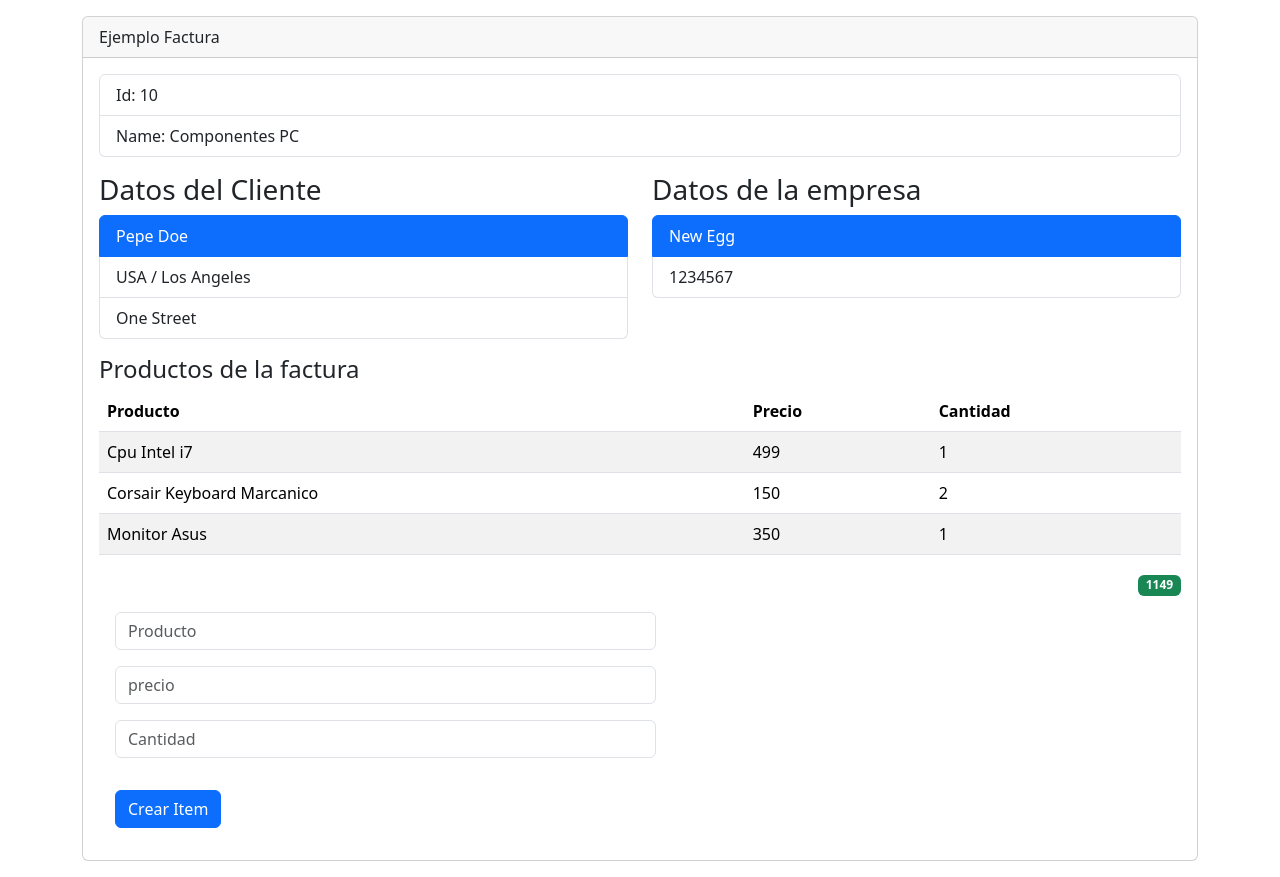
Repository: bryanesteban/4-invoice-app
Page: /
These files come from the project's save history. The page is drawn as it stood at one moment and after the next save; the edit follows.
The browser window is 1280 px wide. The pictures show the whole page.
The project was rebuilt for these pictures with package versions that can differ from the ones it lists, and the page was loaded fresh each time. Also part of the build but not shown: vite.config.js.

Above is the page before, as saved 2023-11-24 19:50:48.

### index.html
<!doctype html>
<html lang="en">
  <head>
    <meta charset="UTF-8" />
    <link rel="icon" type="image/svg+xml" href="/vite.svg" />
    <link href="https://cdn.jsdelivr.net/npm/bootstrap@5.3.2/dist/css/bootstrap.min.css" rel="stylesheet" integrity="sha384-T3c6CoIi6uLrA9TneNEoa7RxnatzjcDSCmG1MXxSR1GAsXEV/Dwwykc2MPK8M2HN" crossorigin="anonymous">
    <meta name="viewport" content="width=device-width, initial-scale=1.0" />
    <title>Vite + React</title>
  </head>
  <body>
    <div id="root"></div>
    <script type="module" src="/src/main.jsx"></script>
  </body>
</html>

### src/main.jsx
import React from 'react'
import ReactDOM from 'react-dom/client'
import { InvoiceApp } from './InvoiceApp'


ReactDOM.createRoot(document.getElementById('root')).render(
  <React.StrictMode>
    <InvoiceApp />
  </React.StrictMode>,
)

### src/InvoiceApp.jsx
import { getInvoice, calculateTotal } from "./services/getInvoice"
import { ClientView } from "./components/ClientView";
import { CompanyView } from "./components/CompanyView";
import { InvoiceView } from "./components/InvoiceView";
import { ListItemsView } from "./components/ListItemsView";
import { TotalView } from "./components/totalView";
import { useEffect, useState } from "react";

const invoiceInitial = {
    id: 10,
    name: '',
    client:{
        name:'',
        lastname:'',
        address:{
            country:'',
            city: '',
            street:' ',
            numeber:0
        }
    },
        company:{
            name:'',
            fiscalNumber: 0,
        },
        items: []
}

export const InvoiceApp = () =>{

    const [total, setTotal] = useState(0);

    const [counter, setCounter] = useState(4);

    const [invoice, setInvoice] = useState(invoiceInitial);

    const [items, setItems] = useState([]);

    const [formItemsState, setformItemsState] = useState({
        product: '',
        price: '',
        quantity: '',
    });

    const {id, name, client, company} = invoice;

    const {product, price, quantity} = formItemsState;

    useEffect(() => {
        const data = getInvoice();
        console.log(invoice);
        setInvoice(data);
        setItems(data.items);

    }, []);


    useEffect( () => {
        //console.log('El precio cambio!');

    }, [price]);


    useEffect( () => {
        //console.log('El formItemsState cambio!');

    }, [formItemsState]);

    useEffect( () => {
        //console.log('El counter cambio!');

    }, [counter]);

    useEffect( () => {

        setTotal(calculateTotal(items));
        //console.log('El items cambio!');

    }, [items]);


    const onInputChange = ({ target: {name, value} }) => {
        setformItemsState({
            ...formItemsState,
            [ name ]: value
        });
        //console.log(value);
        //console.log(name);
    }



    const onInvoiceItemsSubmit = (event) => {
        event.preventDefault();
        if(product.trim().length <= 1) return;

        if(price.trim().length < 1 || isNaN(price.trim())){
            alert('Error el precio no es un numero');
            return;
         }
        if(quantity.trim().length < 1 || isNaN(quantity.trim())){
           alert('Error la cantidad no es un numero');
           return;
        }
        setItems([...items, { id: counter,
                              product: product.trim(),
                              price: +price.trim(),
                              quantity: parseInt(quantity.trim(), 10)}]);

        setformItemsState({
            product: '',
            price: '',
            quantity: '',
        })
        setCounter(counter + 1);
    }

    return(
       <>
        <div className="container">

            <div className="card my-3" >

                <div className= "card-header">

                    Ejemplo Factura
                </div>

                <div className="card-body">
                       <InvoiceView id= {id} name ={name}/>
                    <div className="row my-3">
                        <div className="col">
                           <ClientView title= "Datos del Cliente" client = {client} />
                        </div>
                        <div className="col">
                           <CompanyView title= "Datos de la empresa" company ={company} />
                        </div>
                    </div>
                    <ListItemsView title="Productos de la factura" items={items} />
                    <TotalView total={total}></TotalView>
                    <form className="w-50" onSubmit={ event => onInvoiceItemsSubmit(event) }>
                        <input type="text"
                               name="product"
                               value={ product}
                               placeholder="Producto"
                               className="form-control m-3"
                               onChange={ onInputChange }/>

                        <input type="text"
                               name="price"
                               value={price}
                               placeholder="precio"
                               className="form-control m-3"
                               onChange={ event => onInputChange(event) }/>

                        <input type="text"
                               name="quantity"
                               value={quantity}
                               placeholder="Cantidad"
                               className="form-control m-3"
                               onChange={ onInputChange }/>

                        <button type ="submit"
                                className="btn btn-primary m-3">
                                Crear Item
                        </button>
                    </form>
                </div>
            </div>
        </div>

       </>
    )
}

### src/services/getInvoice.js
import { invoice } from "../data/invoice"

export const getInvoice = () => {

    //console.log(invoice);

    /*let total = 0;
    invoice.items.forEach( items =>{
        total =total + items.price * items.quantity;

    });*/

    const total = calculateTotal(invoice.items);

    return {...invoice,total};
}

export const calculateTotal = (items = []) =>{
    return items
    .map( item => item.price * item.quantity)
    .reduce((accumulator,currentValue) => accumulator + currentValue, 0)
}

### src/components/ClientView.jsx
import PropTypes from 'prop-types';

export const ClientView = ({title, client}) =>{
    const {
        name: nameClient,
        lastname,
        address:{
            country,
            city,
            street,
            number}
         } = client;

    //const { country, city, street, number} = address;

    return (
        <>
         <h3>{title}</h3>
                            <ul className="list-group">
                                <li className="list-group-item active">{nameClient} {lastname}</li>
                                <li className="list-group-item">{country} / {city}</li>
                                <li className="list-group-item">{street} {number}</li>
                            </ul>
        </>
    )
}

ClientView.protoTypes ={
    title: PropTypes.string.isRequired,
    client: PropTypes.object.isRequired,
}

### src/components/CompanyView.jsx
import PropTypes from 'prop-types';

export const CompanyView = ({title, company}) => {


    return (
        <>
        <h3>{ title }</h3>
                            <ul className="list-group">
                                <li className="list-group-item active"> {company.name}</li>
                                <li className="list-group-item"> {company.fiscalNumber}</li>
                            </ul>
        </>
    )
}

CompanyView.propTypes = {
    title: PropTypes.string.isRequired,
    company: PropTypes.object.isRequired,

}

### src/components/InvoiceView.jsx
import PropTypes from 'prop-types';
export const InvoiceView = ({id, name}) =>{

    return (
        <>
         <ul className ="list-group">
                            <li className="list-group-item">Id: {id}</li>
                            <li className="list-group-item">Name: {name}</li>
                        </ul>

        </>
    )
}

InvoiceView.propTypes = {
    id: PropTypes.number.isRequired,
    name: PropTypes.string.isRequired
}

### src/components/ListItemsView.jsx
import { RowItemView } from "./RowItemView"
import PropTypes from 'prop-types';

export const ListItemsView  = ({title, items}) => {

    return (
        <>
        <h4> {title}</h4>
                    <table className="table table-striped table-hover">
                        <thead>
                            <tr>
                                <th>Producto</th>
                                <th>Precio</th>
                                <th>Cantidad</th>
                            </tr>
                        </thead>
                        <tbody>
                            {items.map(({id, product, price,quantity}) => (
                                    <RowItemView key={ id } product={product} price={price} quantity={quantity} />
                            ))}
                        </tbody>

                    </table>
        </>
    )

}

ListItemsView.propTypes = {
    title : PropTypes.string.isRequired,
    items: PropTypes.array.isRequired,
}

### src/components/totalView.jsx
export const TotalView  = ({total}) =>{


    return (
    <>
    <div className="text-end">
        <span className="badge bg-success">{total}</span>
    </div>
    </>
    )
}

### src/data/invoice.js
export const invoice ={
    id: 10,
    name: 'Componentes PC',
    client:{
        name:'Pepe',
        lastname:'Doe',
        address:{
            country:'USA',
            city: 'Los Angeles',
            street:' One Street',
            numeber:12
        }
    },
        company:{
            name:'New Egg',
            fiscalNumber: 1234567,
        },
        items: [
           {
            id: 1,
            product: 'Cpu Intel i7',
            price: 499,
            quantity: 1,
           },
           {
            id: 2,
            product: 'Corsair Keyboard Marcanico',
            price: 150,
            quantity: 2,
           },
           {
            id: 3,
            product: 'Monitor Asus',
            price: 350,
            quantity: 1,
           },

        ]


}

### src/components/RowItemView.jsx
import PropTypes from 'prop-types';

export const RowItemView = ({product, price, quantity}) => {
    return (
        <>
             <tr >
                    <td>{product}</td>
                    <td>{price}</td>
                    <td>{quantity}</td>
            </tr>
        </>
    )
}


RowItemView.propTypes = {
    product :  PropTypes.string.isRequired,
    price : PropTypes.number.isRequired,
    quantity : PropTypes.number.isRequired,
}

After the next save:
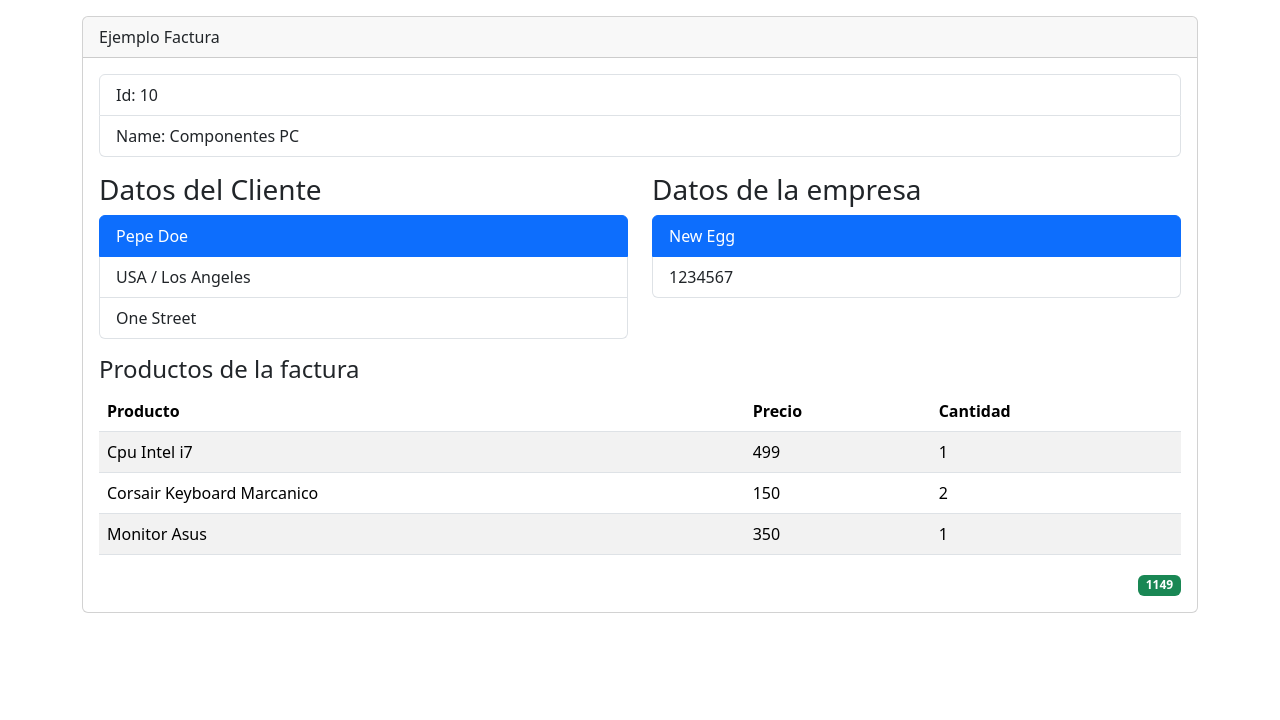
Saved 6 min 41 s later.
--- a/src/InvoiceApp.jsx
+++ b/src/InvoiceApp.jsx
@@ -36,15 +36,11 @@ export const InvoiceApp = () =>{
 
     const [items, setItems] = useState([]);
 
-    const [formItemsState, setformItemsState] = useState({
-        product: '',
-        price: '',
-        quantity: '',
-    });
+
 
     const {id, name, client, company} = invoice;
 
-    const {product, price, quantity} = formItemsState;
+
 
     useEffect(() => {
         const data = getInvoice();
@@ -55,16 +51,7 @@ export const InvoiceApp = () =>{
     }, []);
 
 
-    useEffect( () => {
-        //console.log('El precio cambio!');
 
-    }, [price]);
-
-
-    useEffect( () => {
-        //console.log('El formItemsState cambio!');
-
-    }, [formItemsState]);
 
     useEffect( () => {
         //console.log('El counter cambio!');
@@ -79,29 +66,13 @@ export const InvoiceApp = () =>{
     }, [items]);
 
 
-    const onInputChange = ({ target: {name, value} }) => {
-        setformItemsState({
-            ...formItemsState,
-            [ name ]: value
-        });
-        //console.log(value);
-        //console.log(name);
-    }
 
 
 
-    const onInvoiceItemsSubmit = (event) => {
-        event.preventDefault();
-        if(product.trim().length <= 1) return;
 
-        if(price.trim().length < 1 || isNaN(price.trim())){
-            alert('Error el precio no es un numero');
-            return;
-         }
-        if(quantity.trim().length < 1 || isNaN(quantity.trim())){
-           alert('Error la cantidad no es un numero');
-           return;
-        }
+    const onInvoiceItemsSubmit = () => {
+
+
         setItems([...items, { id: counter,
                               product: product.trim(),
                               price: +price.trim(),
@@ -138,33 +109,7 @@ export const InvoiceApp = () =>{
                     </div>
                     <ListItemsView title="Productos de la factura" items={items} />
                     <TotalView total={total}></TotalView>
-                    <form className="w-50" onSubmit={ event => onInvoiceItemsSubmit(event) }>
-                        <input type="text"
-                               name="product"
-                               value={ product}
-                               placeholder="Producto"
-                               className="form-control m-3"
-                               onChange={ onInputChange }/>
 
-                        <input type="text"
-                               name="price"
-                               value={price}
-                               placeholder="precio"
-                               className="form-control m-3"
-                               onChange={ event => onInputChange(event) }/>
-
-                        <input type="text"
-                               name="quantity"
-                               value={quantity}
-                               placeholder="Cantidad"
-                               className="form-control m-3"
-                               onChange={ onInputChange }/>
-
-                        <button type ="submit"
-                                className="btn btn-primary m-3">
-                                Crear Item
-                        </button>
-                    </form>
                 </div>
             </div>
         </div>
